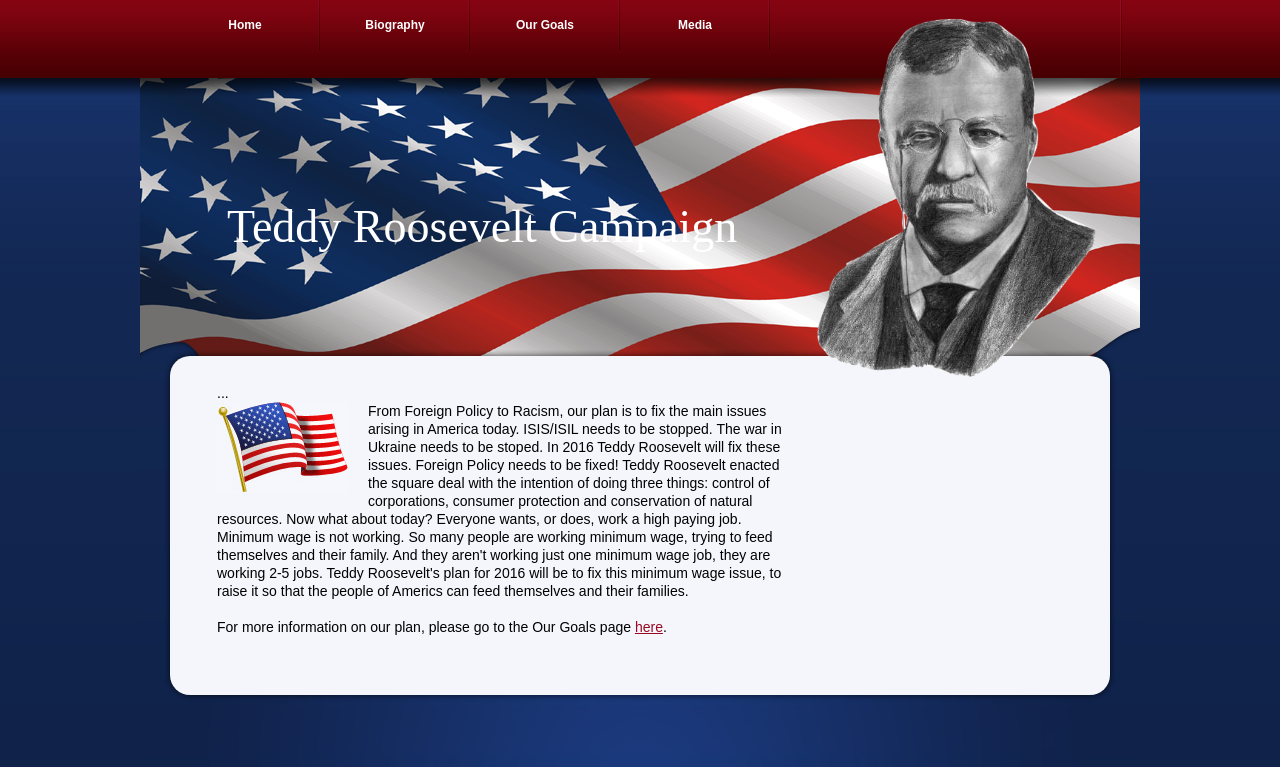
Repository: teddyroosevelt618/teddyroosevelt618.github.io
Page: index.html
The author's editor kept a record of every edit. The page is drawn from the files as they stood at one moment, then again after the next edit.
The browser window is 1280 px wide. The pictures show the whole page.

Above is the page before.

After the next edit:
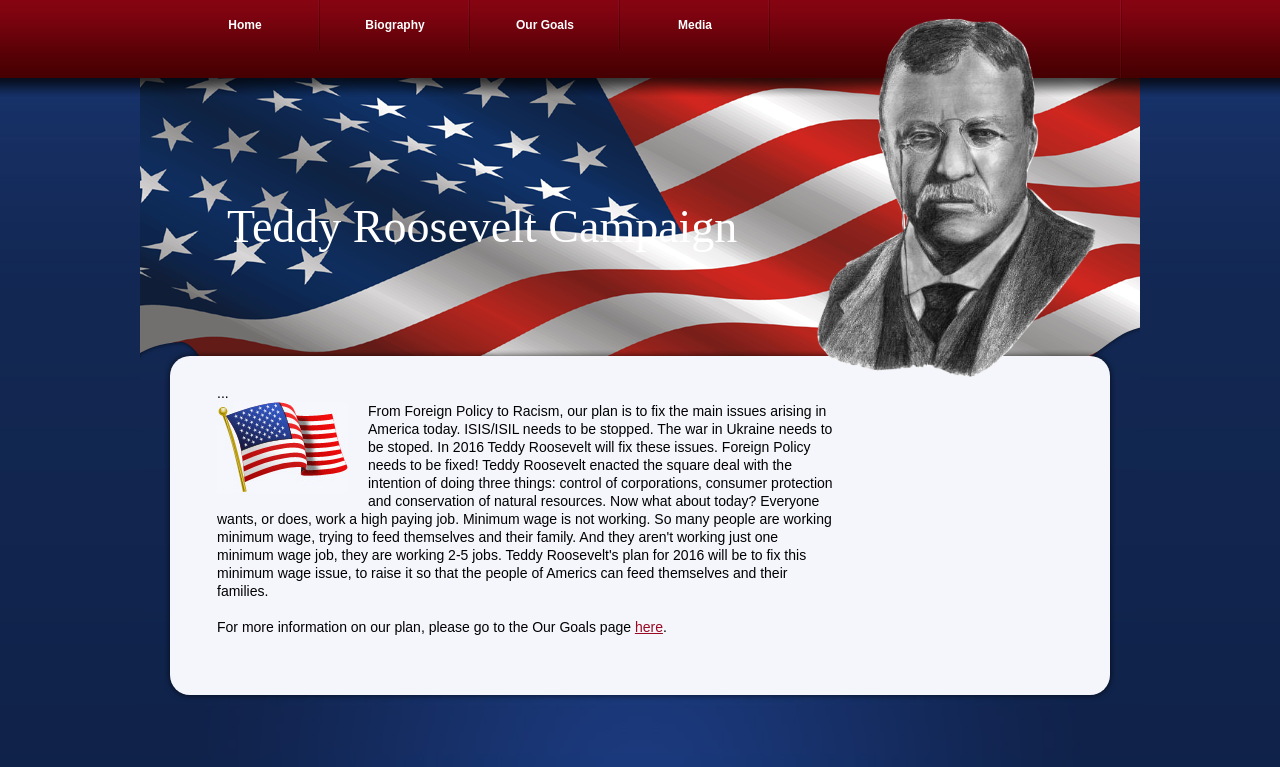
The edit:
--- a/index.html
+++ b/index.html
@@ -50,8 +50,9 @@
               <div class="box_shadow">
                 <div class="box">
                   <div class="wrapper">
-                    <div class="pad_right">
+                    <div class="pad_right2">
                       <div class="wrapper pad_bot1">
+                        <div class="center">
                         <div id="cp_widget_250d5d4e-7a85-409d-a9c4-81dd3ddc9951">...</div><script type="text/javascript">
 var cpo = []; cpo["_object"] ="cp_widget_250d5d4e-7a85-409d-a9c4-81dd3ddc9951"; cpo["_fid"] = "AoKAfJsVUlQh";
 var _cpmp = _cpmp || []; _cpmp.push(cpo);
